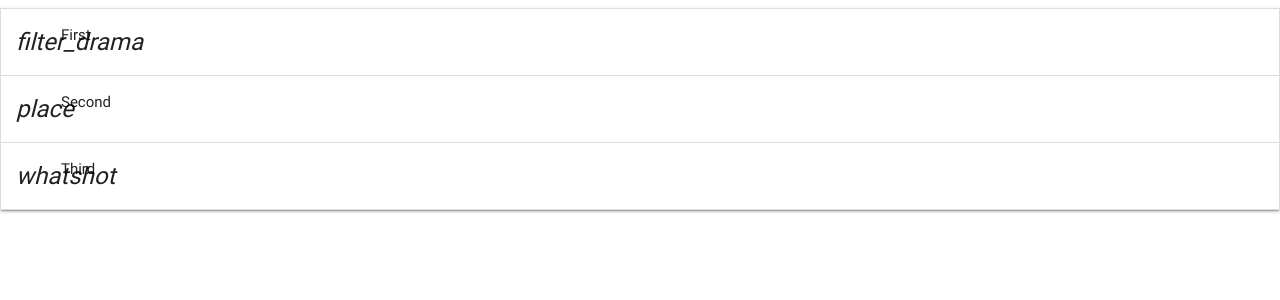
Repository: AydinRaghip/ms3_project
Page: http://localhost/
The author's editor kept a record of every edit. The page is drawn from the files as they stood at one moment, then again after the next edit.
The browser window is 1280 px wide. The pictures show the whole page.
The page is served by the project's application, run on Flask 3 (app.py). Queries for data that is not in the repository find no rows.

Above is the page before.

After the next edit:
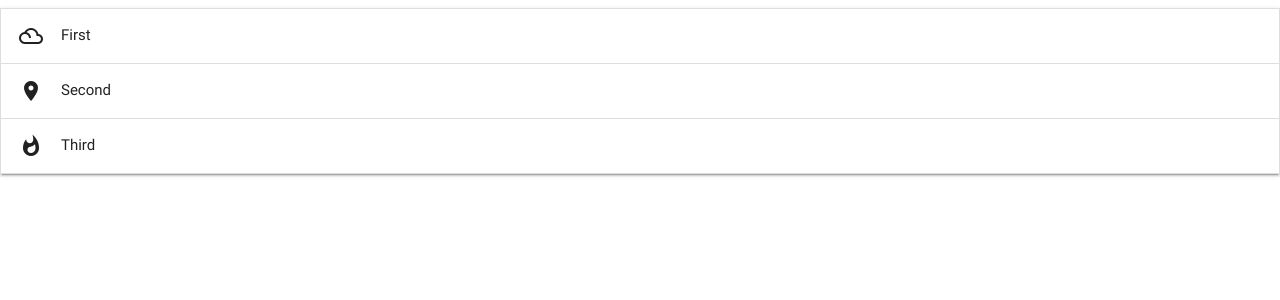
The edit:
--- a/templates/base.html
+++ b/templates/base.html
@@ -1,9 +1,8 @@
 <!DOCTYPE html>
 <html>
     <head>
-
+        <link href="https://fonts.googleapis.com/icon?family=Material+Icons" rel="stylesheet">
         <link rel="stylesheet" href="https://cdnjs.cloudflare.com/ajax/libs/materialize/0.100.2/css/materialize.min.css">
-
     </head>
     <body>
         {% block content %}
